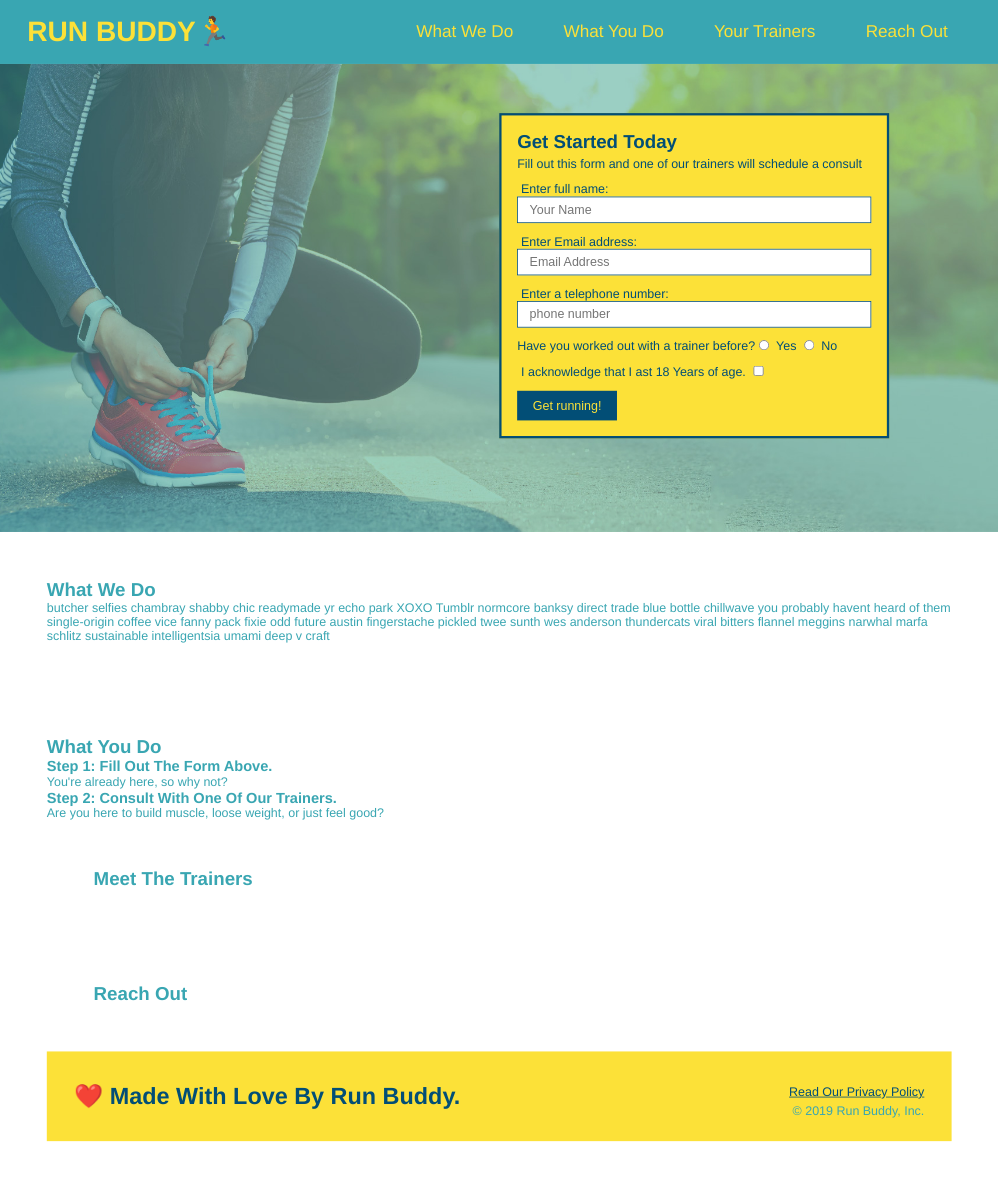
Repository: pilar122/run-buddy
Page: index.html
The author's editor kept a copy of each file at every save. The page is drawn from the files as they stood at one save, then again after the next save.
The browser window is 1280 px wide. The pictures show the whole page, at 78% of full size.

Above is the page before, as saved 2023-01-22 07:49:48.

After the next save:
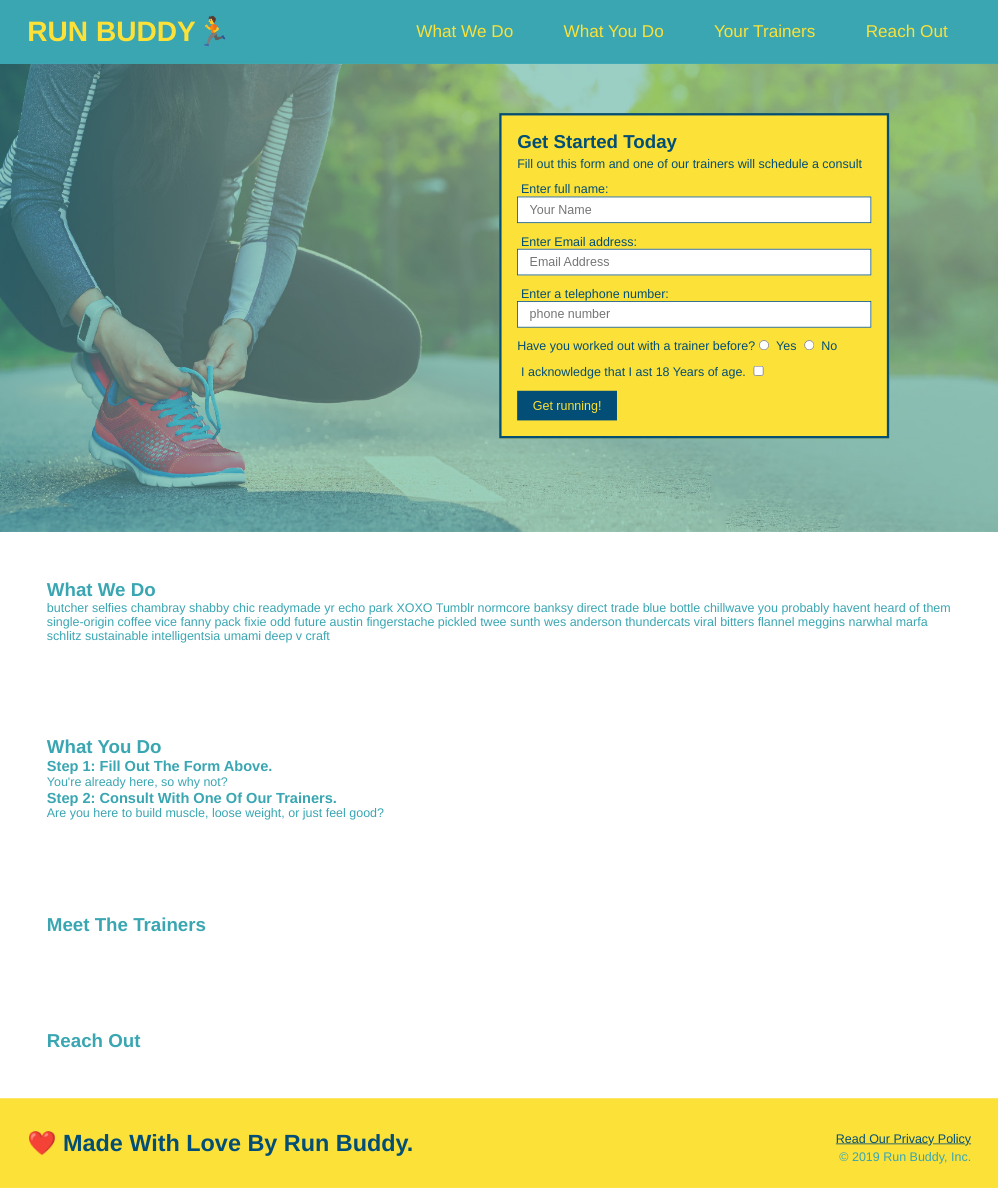
Saved 4 s later.
--- a/index.html
+++ b/index.html
@@ -90,7 +90,7 @@
                 <p>Are you here to build muscle, loose weight, or just feel good?</p>
             </div>
 
-            <div
+            <div></div>
         </section>
 
         <!--"Meet The Trainers" section-->
